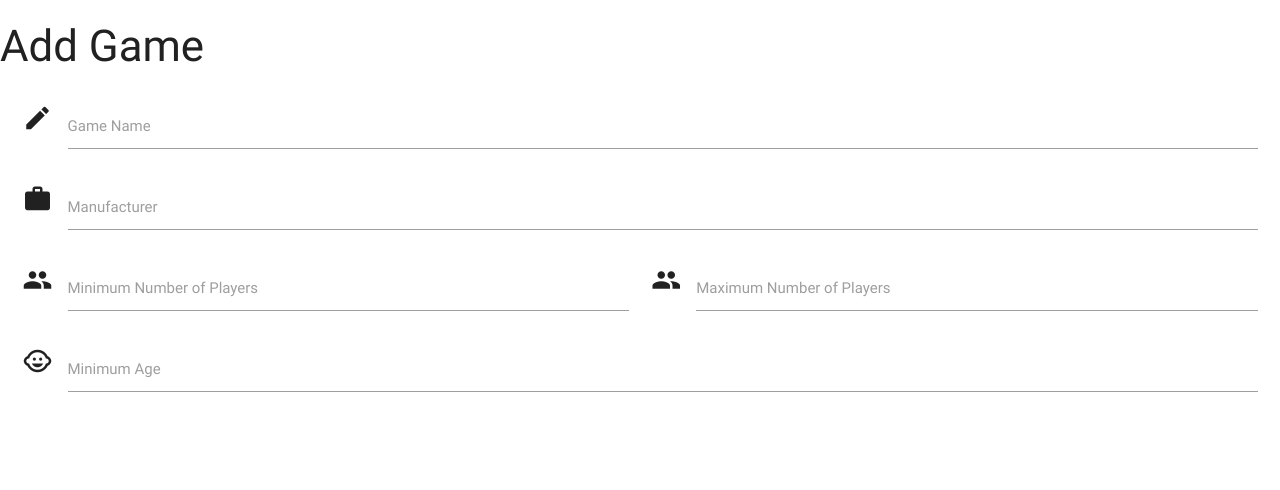
Repository: arcorco/dcd-milestone
Page: http://localhost/add_game
The author's editor kept a record of every edit. The page is drawn from the files as they stood at one moment, then again after the next edit.
The browser window is 1280 px wide. The pictures show the whole page.
Some web libraries are served in a nearby version. The page is served by the project's application, run on Flask 3 (app.py).

Above is the page before.

After the next edit:
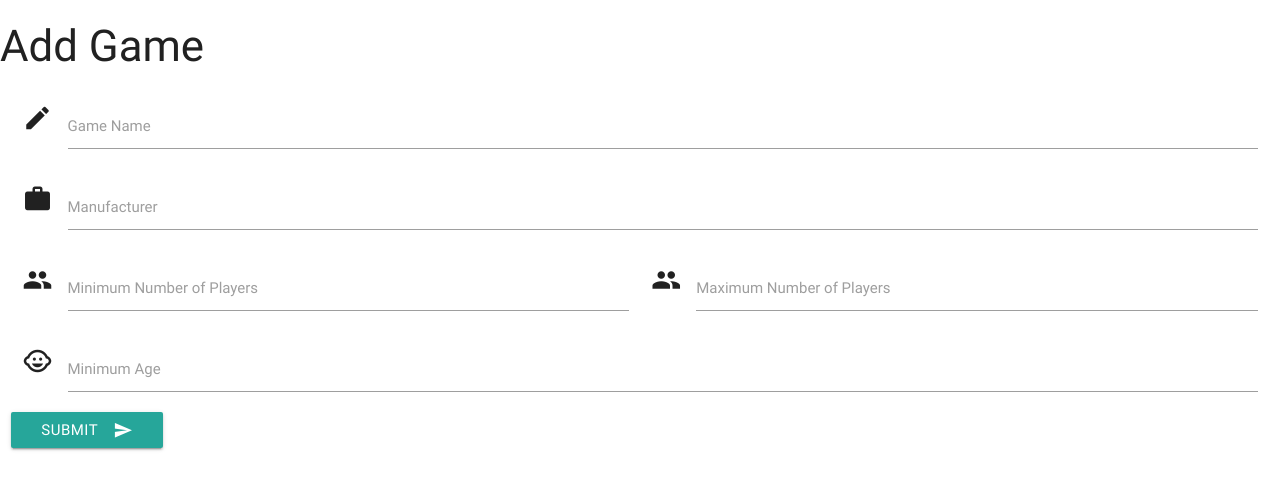
The edit:
--- a/templates/addgame.html
+++ b/templates/addgame.html
@@ -14,21 +14,25 @@
         <input id="manufacturer" name="manufacturer" type="text" class="validate">
         <label for="manufacturer">Manufacturer</label>
       </div>
-        <div class="input-field col s6">
-          <i class="material-icons prefix">group</i>
-          <input name="number_of_players_min" id="number_of_players_min" type="text" class="validate">
-          <label for="number_of_players_min">Minimum Number of Players</label>
-        </div>
-        <div class="input-field col s6">
-          <i class="material-icons prefix">group</i>
-          <input id="number_of_players_max" name="number_of_players_max" type="text" class="validate">
-          <label for="number_of_players_max">Maximum Number of Players</label>
-        </div>
+      <div class="input-field col s6">
+        <i class="material-icons prefix">group</i>
+        <input name="number_of_players_min" id="number_of_players_min" type="text" class="validate">
+        <label for="number_of_players_min">Minimum Number of Players</label>
+      </div>
+      <div class="input-field col s6">
+        <i class="material-icons prefix">group</i>
+        <input id="number_of_players_max" name="number_of_players_max" type="text" class="validate">
+        <label for="number_of_players_max">Maximum Number of Players</label>
+      </div>
       <div class="input-field col s12">
         <i class="material-icons prefix">child_care</i>
         <input id="age_range" name="age_range" type="text" class="validate">
         <label for="age_range">Minimum Age</label>
       </div>
+      <div class="row">
+      <button class="btn waves-effect waves-light" type="submit" name="action">Submit
+    <i class="material-icons right">send</i>
+  </button>
     </div>
   </form>
 </div>
